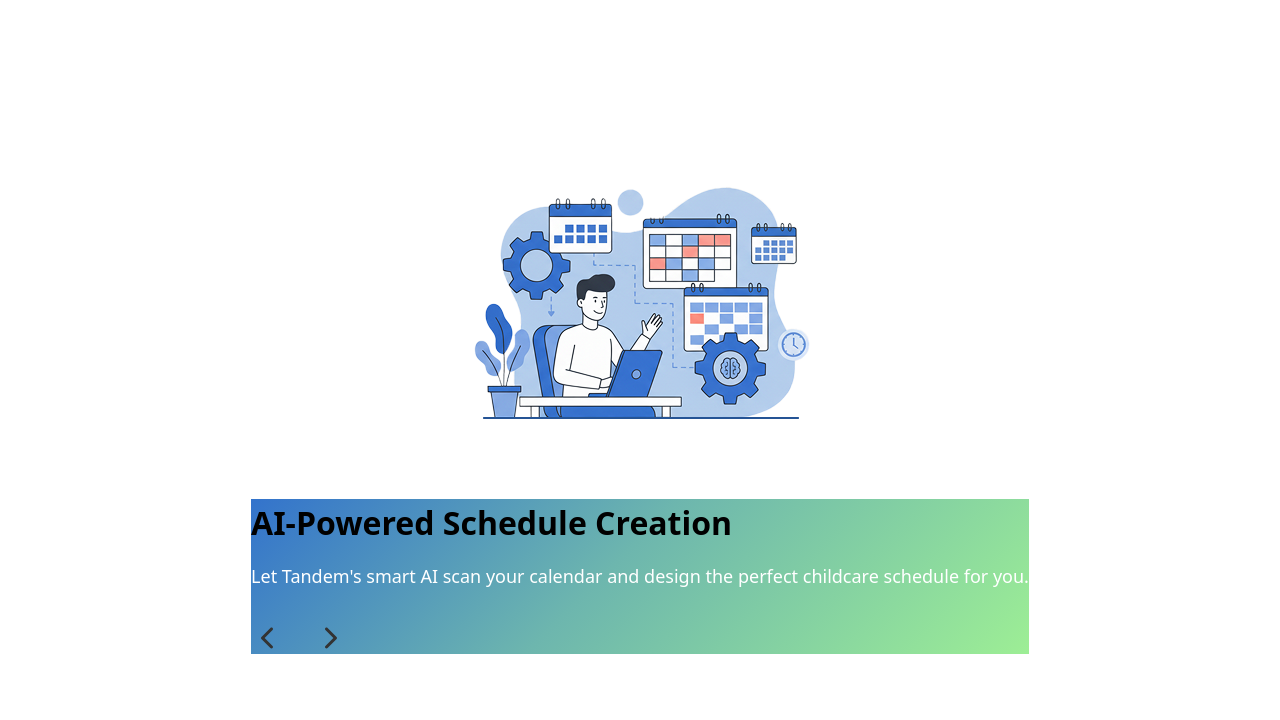
Repository: IDSP-TRADECARE/Tandem
Page: /boarding/features
These files come from the project's save history. The page is drawn as it stood at one moment and after the next save; the edit follows.
The browser window is 1280 px wide. The pictures show the whole page.
The page's requests for data from a server got no answer. Some web fonts or font styles are not loaded; a fallback is used. The project was rebuilt for these pictures with package versions that can differ from the ones it lists, and the page was loaded fresh each time. Some packages were replaced by stand-ins written for this rebuild. The framework's server and built-in components were replaced by stand-ins that run in the browser. No one was signed in, and anything a server would have sent is missing. Also part of the build but not shown: next.config.ts, src/app/components/auth/AuthGuard.tsx.

Above is the page before, as saved 2025-11-22 22:16:40.

### src/app/layout.tsx
/* eslint-disable @next/next/no-page-custom-font */
import { ClerkProvider } from '@clerk/nextjs'
import { SocketProvider } from '@/lib/socket/SocketContext'
import './globals.css'
import type { Metadata } from "next";
import { AuthWrapper } from './components/auth/AuthWrapper';


export const metadata: Metadata = {
  title: "Tandem",
  description: "Share childcare with your community",
  icons: {
    icon: 'brand/logoColor.svg',
  },
};

export default function RootLayout({
  children,
}: Readonly<{
  children: React.ReactNode;
}>) {
  return (
    <ClerkProvider>
      <html lang="en">
        <head>
          {/* Omnes Pro from Adobe Fonts */}
          <link rel="stylesheet" href="https://use.typekit.net/pku8yek.css" />

          {/* Alan Sans from Google Fonts */}
          <link rel="preconnect" href="https://fonts.googleapis.com" />
          <link rel="preconnect" href="https://fonts.gstatic.com" crossOrigin="anonymous" />
          <link href="https://fonts.googleapis.com/css2?family=Alan+Sans:wght@300..900&display=swap" rel="stylesheet" />
        </head>
        <body className="antialiased">
          <SocketProvider>
            <AuthWrapper>
              {children}
            </AuthWrapper>
          </SocketProvider>
        </body>
      </html>
    </ClerkProvider>
  )
}

### src/app/boarding/features/page.tsx
"use client";
import { useState } from "react";
import { useRouter } from "next/navigation";
import { IoIosArrowBack, IoIosArrowForward } from "react-icons/io";
import styles from "./features.module.css";

const features = [
    {
        id: 1,
        title: "AI-Powered Schedule Creation",
        description:
            "Let Tandem's smart AI scan your calendar and design the perfect childcare schedule for you.",
        imgSrc: "/boarding/Graphic-ai-powered-feature1.png",
    },
    {
        id: 2,
        title: "Seamless Nanny Booking",
        description:
            "Effortlessly discover and book reliable nannies tailored to your family's needs.",
        imgSrc: "/boarding/Seamless-nanny-booking-feature2.png",
    },
    {
        id: 3,
        title: "Intelligent Nanny Sharing",
        description:
            "Team up with nearby families to share trusted nannies, cutting costs while building lasting connections.",
        imgSrc: "/boarding/Intelligent-nanny-sharing-feature3.png",
    },
];

export default function FeaturesPage() {
    const [currentIndex, setCurrentIndex] = useState(0);
    const router = useRouter();

    const handleNext = () => {
        if (currentIndex < features.length - 1) {
            setCurrentIndex(currentIndex + 1);
        } else {
            router.push("./sign-up");
        }
    };

    const handlePrevious = () => {
        if (currentIndex > 0) {
            setCurrentIndex(currentIndex - 1);
        }
    };

    const currentFeature = features[currentIndex];

    return (
        <div className={styles.container}>
            <div className={styles.imageContainer}>
                <img
                    src={currentFeature.imgSrc}
                    alt={`Feature ${currentFeature.id}`}
                />
            </div>
            <div className={styles.contentButtons}>
                <div className={styles.content}>
                    <h1 className={styles.title}>{currentFeature.title}</h1>

                    <p className={styles.description}>
                        {currentFeature.description}
                    </p>
                </div>
                <div className={styles.navigation}>
                    <button
                        onClick={handlePrevious}
                        disabled={currentIndex === 0}
                    >
                        <IoIosArrowBack size={32} />
                    </button>

                    <button onClick={handleNext}>
                        <IoIosArrowForward size={32} />
                    </button>
                </div>
            </div>
        </div>
    );
}

### src/lib/socket/SocketContext.tsx
'use client';

import { createContext, useContext, useEffect, useState } from 'react';
import { io, Socket } from 'socket.io-client';
import { ClientToServerEvents, ServerToClientEvents } from './types';

type TypedSocket = Socket<ServerToClientEvents, ClientToServerEvents>;

interface SocketContextType {
  socket: TypedSocket | null;
  isConnected: boolean;
}

const SocketContext = createContext<SocketContextType>({
  socket: null,
  isConnected: false,
});

export function SocketProvider({ children }: { children: React.ReactNode }) {
  const [socket, setSocket] = useState<TypedSocket | null>(null);
  const [isConnected, setIsConnected] = useState(false);

  useEffect(() => {
    const socketUrl = process.env.NEXT_PUBLIC_SOCKET_URL || 'http://localhost:3001';

    console.log('Connecting to Socket.IO server:', socketUrl);

    const socketInstance: TypedSocket = io(socketUrl, {
      transports: ['websocket', 'polling'],
    });

    socketInstance.on('connect', () => {
      console.log('✅ Socket connected:', socketInstance.id);
      setIsConnected(true);
    });

    socketInstance.on('disconnect', () => {
      console.log('❌ Socket disconnected');
      setIsConnected(false);
    });

    socketInstance.on('connect_error', (error) => {
      console.error('Socket connection error:', error);
      setIsConnected(false);
    });

    setSocket(socketInstance);

    return () => {
      socketInstance.disconnect();
    };
  }, []);

  return (
    <SocketContext.Provider value={{ socket, isConnected }}>
      {children}
    </SocketContext.Provider>
  );
}

export const useSocket = () => useContext(SocketContext);

### src/app/globals.css
@import "tailwindcss";

@theme {
  /* Font families */
  --font-family-alan: "Alan Sans", sans-serif;
  --font-family-omnes: "omnes-pro", sans-serif;

  /* Primary Colors */
  --color-primary: #3373cc;
  --color-primary-lighter: #a3c0e8;
  --color-primary-light: #91b3e3;
  --color-primary-light-hover: #91b3e3;
  --color-primary-light-active: #7aa4de;
  --color-primary-hover: #2b62ad;
  --color-primary-active: #255495;
  --color-primary-dark: #122847;
  --color-primary-dark-hover: #0d1d33;
  --color-primary-dark-active: #060d16;

  /* Secondary Colors */
  --color-secondary: #92f189;
  --color-secondary-lighter: #cef9ca;
  --color-secondary-light: #c4f7bf;
  --color-secondary-light-hover: #c4f7bf;
  --color-secondary-light-active: #b8f6b2;
  --color-secondary-hover: #7ccd74;
  --color-secondary-active: #6bb064;
  --color-secondary-dark: #335430;
  --color-secondary-dark-hover: #253c22;
  --color-secondary-dark-active: #101b0f;

  /* Analogous Colors */
  --color-analogous: #68d5ff;
  --color-analogous-lighter: #bbecff;
  --color-analogous-light: #ade8ff;
  --color-analogous-light-hover: #ade8ff;
  --color-analogous-light-active: #9de4ff;
  --color-analogous-hover: #58b5d9;
  --color-analogous-active: #4c9bba;
  --color-analogous-dark: #244b59;
  --color-analogous-dark-hover: #1a3540;
  --color-analogous-dark-active: #0b171c;

  /* Success */
  --color-success: #95b548;

  /* Warning */
  --color-warning: #d78f26;

  /* Error */
  --color-error: #c43535;

  /* Neutral Colors */
  --color-neutral-50: #e6e6e8;
  --color-neutral-100: #b0b0b8;
  --color-neutral-200: #8a8a96;
  --color-neutral-300: #545466;
  --color-neutral-400: #333349;
  --color-neutral-500: #00001b;
  --color-neutral-600: #000019;
  --color-neutral-700: #000013;
  --color-neutral-800: #00000f;
  --color-neutral-900: #00000b;
}

@layer base {
  :root {
    /* Semantic mappings for shadcn */
    --background: 0 0% 100%;
    --foreground: var(--color-neutral-500);
    --card: 0 0% 100%;
    --card-foreground: var(--color-neutral-500);
    --popover: 0 0% 100%;
    --popover-foreground: var(--color-neutral-500);
    --primary-foreground: 0 0% 98%;
    --secondary-foreground: var(--color-neutral-500);
    --muted: var(--color-neutral-50);
    --muted-foreground: var(--color-neutral-300);
    --accent: var(--color-analogous-light);
    --accent-foreground: var(--color-neutral-500);
    --destructive: var(--color-error);
    --destructive-foreground: 0 0% 98%;
    --border: var(--color-neutral-100);
    --input: var(--color-neutral-100);
    --ring: var(--color-primary);
    --radius: 0.5rem;
    --gradient-primary: linear-gradient(135deg, #3373CC 0%, #6DB6AE 46%, #9DEE95 100%);
  }

  .dark {
    --background: var(--color-neutral-500);
    --foreground: 0 0% 98%;
    --card: var(--color-neutral-400);
    --card-foreground: 0 0% 98%;
    --popover: var(--color-neutral-400);
    --popover-foreground: 0 0% 98%;
    --primary-foreground: var(--color-neutral-500);
    --secondary-foreground: 0 0% 98%;
    --muted: var(--color-neutral-300);
    --muted-foreground: var(--color-neutral-100);
    --accent: var(--color-analogous-dark);
    --accent-foreground: 0 0% 98%;
    --destructive-foreground: 0 0% 98%;
    --border: var(--color-neutral-300);
    --input: var(--color-neutral-300);
    --ring: var(--color-primary-light);
    --gradient-primary: linear-gradient(135deg, #3373CC 0%, #6DB6AE 46%, #9DEE95 100%);
  }

  /* Font utilities */
  .font-alan {
    font-family: var(--font-family-alan);
    font-optical-sizing: auto;
  }

  .font-omnes {
    font-family: var(--font-family-omnes);
  }
}

/* FullCalendar Custom Styles */
.fullcalendar-container {
  font-family: inherit;
}

.fc {
  font-size: 14px;
}

.fc .fc-toolbar-title {
  font-size: 1.5rem;
  font-weight: 700;
  color: var(--color-primary);
}

.fc .fc-button {
  background-color: var(--color-primary);
  border-color: var(--color-primary);
  color: white;
  border-radius: 8px;
  padding: 6px 12px;
  font-weight: 600;
}

.fc .fc-button:hover {
  background-color: var(--color-primary-hover);
  border-color: var(--color-primary-hover);
}

.fc .fc-button-active {
  background-color: var(--color-primary-dark);
  border-color: var(--color-primary-dark);
}

.fc .fc-col-header-cell {
  background-color: var(--color-neutral-50);
  padding: 12px;
  font-weight: 600;
  color: var(--color-primary);
}

.fc .fc-daygrid-day-number {
  font-weight: 600;
  color: var(--color-primary);
  padding: 8px;
}

.fc .fc-daygrid-day.fc-day-today {
  background-color: var(--color-primary-lighter) !important;
}

.fc .fc-event {
  border-radius: 6px;
  padding: 4px 6px;
  font-size: 12px;
  font-weight: 600;
  cursor: pointer;
}

.fc .fc-timegrid-event {
  border-radius: 6px;
  padding: 4px;
}

.fc .fc-timegrid-slot {
  height: 3em;
}

.fc .fc-scrollgrid {
  border-color: var(--neutral-100) !important;
}

@layer utilities {
  .bg-gradient-primary {
    background: var(--gradient-primary);
  }
}

### src/app/components/auth/AuthWrapper.tsx
'use client';

import { usePathname } from 'next/navigation';
import { AuthGuard } from './AuthGuard';

export function AuthWrapper({ children }: { children: React.ReactNode }) {
  const pathname = usePathname();

  // Routes that don't require authentication
  const publicRoutes = ['/boarding/features', '/sign-in', '/sign-up'];
  const isPublicRoute = pathname === '/' || publicRoutes.some(route => pathname?.startsWith(route));

  if (isPublicRoute) {
    return <>{children}</>;
  }

  return <AuthGuard>{children}</AuthGuard>;
}

### src/app/boarding/features/features.module.css
.title {
    font-size: 2rem;
    font-weight: bold;
    margin-bottom: 1rem;
}
.description {
    font-size: 1.125rem;
    color: #ffffff;
    margin-bottom: 2rem;
}

.contentButtons {
    background: linear-gradient(135deg, #3373cc 0%, #6db6ae 46%, #9dee95 100%);
}

.container {
    min-height: 100vh;
    display: flex;
    flex-direction: column;
    align-items: center;
    justify-content: center;
    padding: 2rem;
}
.imageContainer {
    height: 24rem;
    display: flex;
    align-items: center;
    justify-content: center;
    margin: 1.5rem 0;
}
.navigation {
    display: flex;
    align-items: center;
    gap: 2rem;
}
.navigation button {
    background: none;
    border: none;
    font-size: 2rem;
    cursor: pointer;
    color: #333;
}

After the next save:
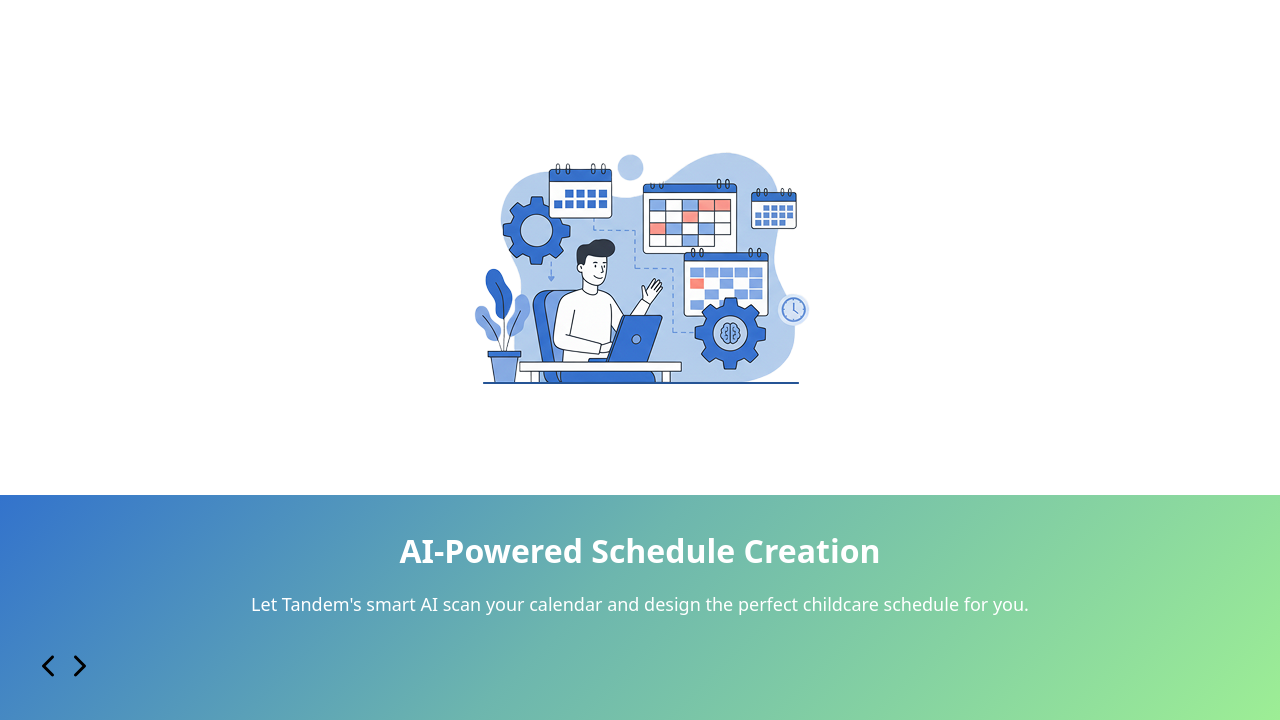
Saved 10 min 37 s later.
--- a/src/app/boarding/features/features.module.css
+++ b/src/app/boarding/features/features.module.css
@@ -1,42 +1,113 @@
-.title {
-    font-size: 2rem;
-    font-weight: bold;
-    margin-bottom: 1rem;
+.container {
+    min-height: 100vh;
+    display: flex;
+    flex-direction: column;
+    background: #fff;
 }
-.description {
-    font-size: 1.125rem;
-    color: #ffffff;
-    margin-bottom: 2rem;
+
+.skipButton {
+    position: absolute;
+    top: 1rem;
+    right: 1rem;
+    background: none;
+    border: none;
+    color: #3373cc;
+    font-size: 1rem;
+    cursor: pointer;
+    z-index: 10;
+    padding: 0.5rem 1rem;
+}
+
+.imageSection {
+    flex: 1;
+    display: flex;
+    flex-direction: column;
+    align-items: center;
+    justify-content: center;
+    background: #fff;
+    padding: 1rem 0;
+    position: relative;
+}
+
+.imageContainer {
+    flex: 1;
+    display: flex;
+    align-items: center;
+    justify-content: center;
+    width: 100%;
+}
+
+.imageContainer img {
+    max-width: 100%;
+    height: auto;
+    object-fit: contain;
+}
+
+.progressDots {
+    display: flex;
+    gap: 0.5rem;
+    justify-content: center;
+    padding: 1rem 0;
+}
+
+.dot {
+    width: 0.5rem;
+    height: 0.5rem;
+    border-radius: 50%;
+    background: #d3d3d3;
+    transition: background 0.3s;
+}
+
+.dot.active {
+    background: #3373cc;
 }
 
 .contentButtons {
     background: linear-gradient(135deg, #3373cc 0%, #6db6ae 46%, #9dee95 100%);
+    padding: 2rem;
+    width: 100%;
+    display: flex;
+    flex-direction: column;
+    gap: 2rem;
 }
 
-.container {
-    min-height: 100vh;
+.content {
     display: flex;
     flex-direction: column;
     align-items: center;
-    justify-content: center;
-    padding: 2rem;
+    text-align: center;
 }
-.imageContainer {
-    height: 24rem;
-    display: flex;
-    align-items: center;
-    justify-content: center;
-    margin: 1.5rem 0;
+
+.title {
+    font-size: 2rem;
+    font-weight: bold;
+    color: #ffffff;
+    margin-bottom: 1rem;
 }
-.navigation {
-    display: flex;
-    align-items: center;
-    gap: 2rem;
+
+.description {
+    font-size: 1.125rem;
+    color: #ffffff;
+    margin-bottom: 0;
 }
-.navigation button {
-    background: none;
+
+.nextButton {
+    width: 100%;
+    padding: 1rem;
+    background: #ffffff;
+    color: #3373cc;
     border: none;
-    font-size: 2rem;
+    border-radius: 0.5rem;
+    font-size: 1.125rem;
+    font-weight: bold;
     cursor: pointer;
-    color: #333;
+    transition: opacity 0.3s;
 }
+
+.nextButton:hover {
+    opacity: 0.9;
+}
+
+.nextButton:active {
+    opacity: 0.8;
+}
